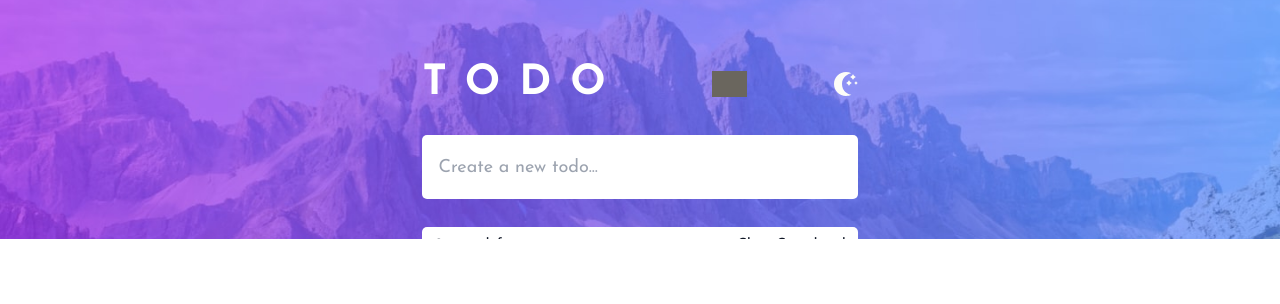
Repository: ikram-lisa/todo-list
Page: /
These files come from the project's save history. The page is drawn as it stood at one moment and after the next save; the edit follows.
The browser window is 1280 px wide. The pictures show the whole page.
Pictures or frames that could not be fetched are drawn as grey boxes. The project was rebuilt for these pictures with package versions that can differ from the ones it lists, and the page was loaded fresh each time. Also part of the build but not shown: vite.config.js.

Above is the page before, as saved 2024-05-14 23:14:36.

### src/main.jsx
import React from "react";
import ReactDOM from "react-dom/client";
import App from "./App.jsx";
import "./css/style.scss";
ReactDOM.createRoot(document.getElementById("root")).render(
  <React.StrictMode>
    <App />
  </React.StrictMode>
);

### src/App.jsx
import Defaultlayout from "./layout/defaultlayout";
import Todolist from "./pages/Todolist";
const App = () => {
  return (
    <>
      <Defaultlayout>
        <Todolist />
      </Defaultlayout>
    </>
  );
};
export default App;

### src/css/style.scss
@use "./base/fonts";
@use "./base/variable" as *;

@tailwind base;
@tailwind components;
@tailwind utilities;

body {
  font-size: 18px;
  font-family: "Josefin Sans", sans-serif;
  font-weight: 400;
}

.container-todo {
  width: 100%;
  height: 100vh;
}
.bg-light-theme {
  background-image: url("../assets/images/bg-desktop-light.jpg");
  background-position: center;
  background-size: cover;
  overflow-x: hidden;
  overflow-y: hidden;
  width: 100%;
  height: 239px;
}

.bg-dark-theme {
  background-image: url("../assets/images/bg-desktop-dark.jpg");
  background-position: center;
  background-size: cover;
  overflow-x: hidden;
  overflow-y: hidden;
  width: 100%;
  height: 239px;
}
.theme-content {
  width: 34%;
  margin: 53px auto;
  margin-bottom: 20px !important;
  h1 {
    font-weight: 700;
    color: white;
    font-size: 2.6rem;
    letter-spacing: 19px;
  }
  img {
    width: 100%;
    max-width: 35px;
    height: auto;
    display: block;
    cursor: pointer;
    filter: invert(104%) sepia(29%) brightness(99%);
  }
}
.form {
  width: 34%;
  margin: 0 auto;
}
.input-search {
  outline: none;
}

### src/layout/defaultlayout.jsx
const defaultlayout = ({ children }) => {
  return (
    <>
      <section>{children}</section>
    </>
  );
};
export default defaultlayout;

### src/pages/Todolist.jsx
import { useState } from "react";
import Light from "../assets/images/light.svg";
import Dark from "../assets/images/dark.svg";
import Form from "../components/Form";
const Todolist = () => {
  const [theme, setTheme] = useState("light");
  const handleToggle = () => {
    setTheme(theme === "light" ? "dark" : "light");
  };
  return (
    <>
      <section
        className={`container-todo ${
          theme === "light" ? "bg-white" : "bg-VeryDarkBlueish"
        }`}
      >
        <div
          className={`theme  ${
            theme === "light" ? "bg-light-theme" : "bg-dark-theme"
          } `}
        >
          <div className="theme-content flex justify-between items-center">
            <h1>TODO</h1>
            <img src="../assets/images/moon.svg" alt="" />
            <button onClick={handleToggle}>
              {theme === "light" ? (
                <img src={Dark} alt="dark mode" />
              ) : (
                <img src={Light} alt="light mode" />
              )}
            </button>
          </div>
          <div className="form">
            <Form theme={theme} />
          </div>
        </div>
      </section>
    </>
  );
};
export default Todolist;

### src/css/base/_fonts.scss
@import url("https://fonts.googleapis.com/css2?family=Josefin+Sans:ital,wght@0,100..700;1,100..700&family=Kumbh+Sans:wght@100..900&family=Montserrat:ital,wght@0,100..900;1,100..900&family=Open+Sans:ital,wght@0,400;0,600;0,700;0,800;1,400;1,700;1,800&family=Poppins:ital,wght@0,200;0,300;0,400;0,500;0,600;0,700;0,800;0,900;1,100;1,200;1,300;1,400;1,500;1,600;1,700;1,800;1,900&display=swap");

### src/css/base/_variable.scss
// ### Light Theme

$VeryLightGray: hsl(0, 0%, 98%);
$VeryLightGrayishBlue: hsl(236, 33%, 92%);
$LightGrayishBlue: hsl(233, 11%, 84%);
$DarkGrayishBlue: hsl(236, 9%, 61%);
$VeryDarkGrayishBlue: hsl(235, 19%, 35%);

// ### Dark Theme

$VeryDarkBlue: hsl(235, 21%, 11%);
$VeryDarkBlue: hsl(235, 24%, 19%);
$LightGrayishBlue: hsl(234, 39%, 85%);
$LightGrayishBlue: hsl(236, 33%, 92%);
$DarkGrayishBlue: hsl(234, 11%, 52%);
$VeryDarkGrayishBlue: hsl(233, 14%, 35%);
$VeryDarkGrayishBlue: hsl(237, 14%, 26%);

### src/components/Form.jsx
import { useState } from "react";
import Tab from "./TabBar";

/* eslint-disable react/prop-types */
const Form = ({ theme }) => {
  const [todos, setTodos] = useState([]);
  const [inputValue, setInputValue] = useState("");
  const [filter, setFilter] = useState("all");
  const handleChange = (e) => {
    setInputValue(e.target.value);
  };
  const handleSubmit = (e) => {
    e.preventDefault();
    if (inputValue.trim() === "") return;
    const newTodo = {
      id: todos.length + 1,
      text: inputValue,
      isCompleted: false,
    };
    setTodos([...todos, newTodo]);
    setInputValue("");
  };
  const handleToggleCompleted = (id) => {
    const updatedTodos = todos.map((todo) => {
      if (todo.id === id) {
        return { ...todo, isCompleted: !todo.isCompleted };
      }
      return todo;
    });
    setTodos(updatedTodos);
  };
  const handleDelete = (id) => {
    const updatedTodos = todos.filter((todo) => todo.id !== id);
    setTodos(updatedTodos);
    console.log("deleted");
  };
  const handleDeleteAll = () => {
    setTodos([]);
  };
  const completedCount = todos.filter((todo) => todo.isCompleted).length;
  const getFilteredTodos = () => {
    switch (filter) {
      case "active":
        return todos.filter((todo) => !todo.isCompleted);
      case "completed":
        return todos.filter((todo) => todo.isCompleted);
      default:
        return todos;
    }
  };

  const filteredTodos = getFilteredTodos();
  return (
    <>
      <section className="search rounded-[5px] relative w-full h-16 flex items-center">
        <form
          onSubmit={handleSubmit}
          className="search rounded-[5px] relative w-full h-16 flex items-center"
        >
          <input
            type="text"
            value={inputValue}
            onChange={handleChange}
            className={`input-search block w-full p-4 text-lg text-gray-900 ${
              theme === "dark"
                ? "bg-VeryDarkBlueish text-white"
                : "bg-white text-gray-900"
            } rounded-[5px] w-full h-16 flex items-center`}
            placeholder="Create a new todo..."
          />
        </form>
      </section>
      <section className="result mt-7">
        <ul
          className={`w-full text-sm font-medium ${
            theme === "dark"
              ? "bg-VeryDarkBlueish text-white border-gray-600"
              : "bg-white text-gray-900 border-gray-200"
          } rounded-[5px]`}
        >
          {filteredTodos.map((todo) => (
            <li
              key={todo.id}
              className={`w-full border-b border-gray-500 rounded-t-lg dark:border-gray-600 ${
                todo.isCompleted ? "checked" : ""
              }`}
            >
              <div className="flex items-center justify-between ps-3">
                <label className="custom-checkbox flex items-center gap-3 w-full py-5 ms-2 text-sm font-medium">
                  <input
                    type="checkbox"
                    checked={todo.isCompleted}
                    onChange={() => handleToggleCompleted(todo.id)}
                    className="mr-5 mt-2"
                  />
                  <div className="checkbox-custom"></div>
                  {todo.text}{" "}
                </label>
                <button
                  type="button"
                  onClick={() => handleDelete(todo.id)}
                  className="ms-auto -ml-1.5 mr-[0.625rem] text-[transparent] font-bold hover:text-gray-500  p-1.5
       inline-flex items-center justify-center h-7 w-7 "
                >
                  <span className="sr-only">Close</span>
                  <svg
                    className="w-5 h-5"
                    aria-hidden="true"
                    xmlns="http://www.w3.org/2000/svg"
                    fill="none"
                    viewBox="0 0 14 14"
                  >
                    <path
                      stroke="currentColor"
                      strokeLinecap="round"
                      strokeLinejoin="round"
                      strokeWidth="2"
                      d="m1 1 6 6m0 0 6 6M7 7l6-6M7 7l-6 6"
                    />
                  </svg>
                </button>
              </div>
            </li>
          ))}

          <li className="w-full">
            <div className="flex items-center justify-between py-2 px-3">
              <span>{completedCount} items left</span>
              <div className="tab">
                <Tab setFilter={setFilter} currentFilter={filter} />
              </div>
              <button onClick={handleDeleteAll}>Clear Completed</button>
            </div>
          </li>
        </ul>
      </section>
    </>
  );
};
export default Form;

### src/components/TabBar.jsx
const Checklist = () => {
  return (
    <>
      <h1></h1>
    </>
  );
};
export default Checklist;

Loaded but not shown: index.html (common file); tailwind.config.js (1082 lines, source omitted)

After the next save:
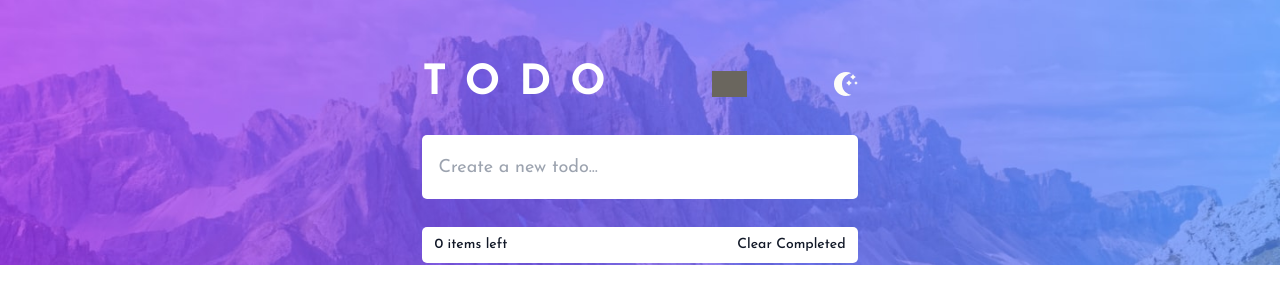
Saved 80 s later.
--- a/src/css/style.scss
+++ b/src/css/style.scss
@@ -22,7 +22,7 @@ body {
   overflow-x: hidden;
   overflow-y: hidden;
   width: 100%;
-  height: 239px;
+  height: 265px;
 }
 
 .bg-dark-theme {
@@ -32,7 +32,7 @@ body {
   overflow-x: hidden;
   overflow-y: hidden;
   width: 100%;
-  height: 239px;
+  height: 265px;
 }
 .theme-content {
   width: 34%;
